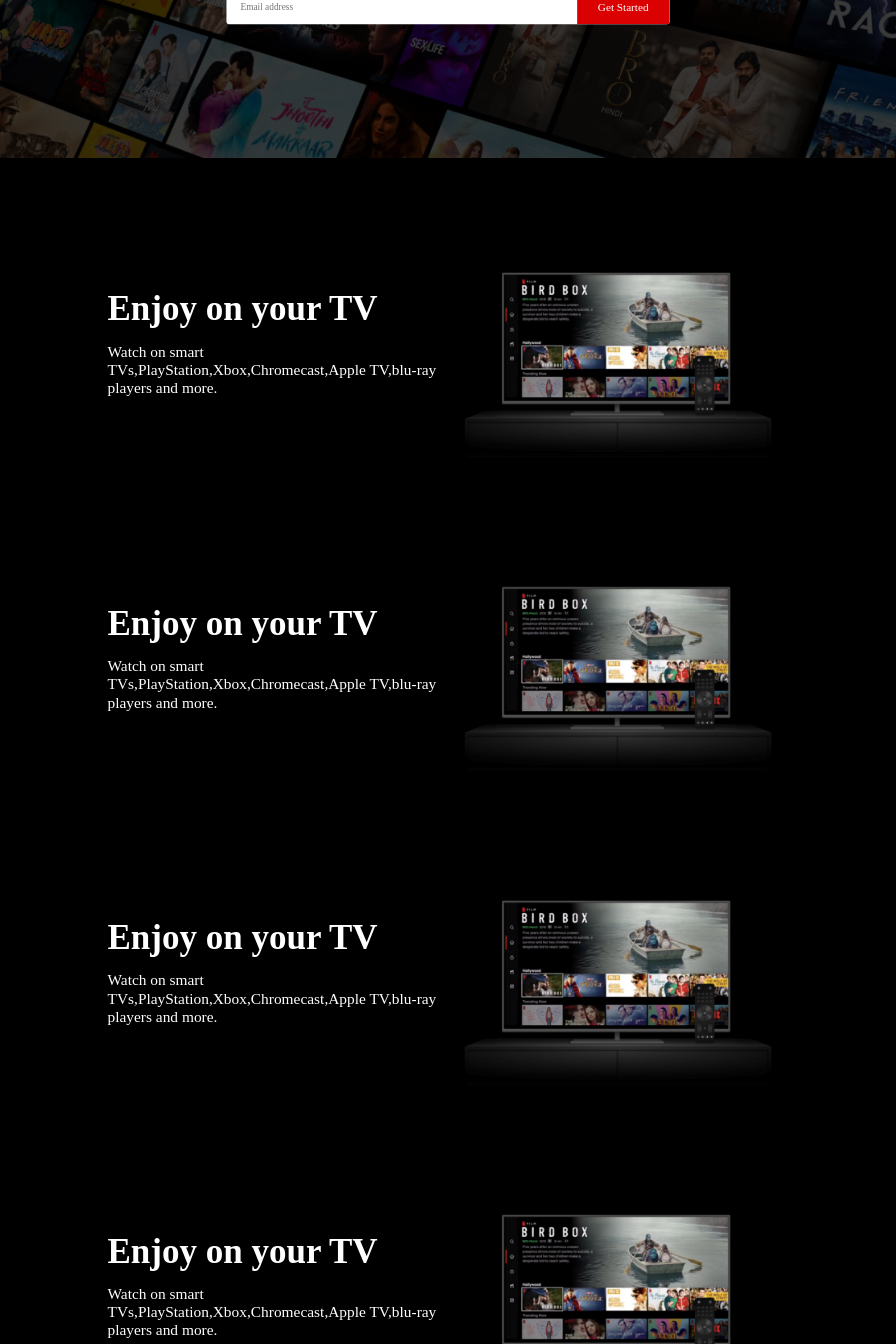
Repository: kiranjeetkaur01/netflixclone.github.io
Page: index.html
An editor plug-in stored every save of this project. The page is shown before and after a run of saves, followed by the edit.
The browser window is 1280 px wide. The pictures show the part of the page from y = 494 to 2414 px (the page is 2614 px tall), at 70% of full size.

Above is the page before, as saved 2023-09-11 17:52:52.

### index.html
<!DOCTYPE html>
<html lang="en">
<head>
    <meta charset="UTF-8">
    <meta name="viewport" content="width=device-width, initial-scale=1.0">
    <title>Netflix Clone</title>
    <link rel="stylesheet" href="style.css">
</head>
<body>
   <div class="header">
<nav>
    <img src="./logo.png" alt="" class="logo">
    <div>
        <button class="language-btn">English <img src="./down-icon.png" alt=""></button>
        <button>Sign In</button>
    </div>
</nav>
<div class="header-content">
    <h1>Laughter. &nbsp;Tears.&nbsp; Thrills.&nbsp; Find it all on <br>Netflix.</h1>
    <h3>Watch anywhere. Cancel anytime.</h3>
    <p>Ready to watch? Enter your email to create or restart your membership.</p>
    <form class="email-signup">
        <input type="email" placeholder="Email address" required>
        <button type="submit">Get Started</button>
    </form>

</div>
   </div>
   <div class="features">
    <div class="row">
        <div class="text-col">
            <h2>Enjoy on your TV</h2>
            <P>Watch on smart TVs,PlayStation,Xbox,Chromecast,Apple TV,blu-ray players and more.</P>
        </div>
        <div class="img-col">
            <img src="./feature-1.png" alt="">
        </div>
    </div>
    <div class="row">
        <div class="text-col">
            <h2>Enjoy on your TV</h2>
            <P>Watch on smart TVs,PlayStation,Xbox,Chromecast,Apple TV,blu-ray players and more.</P>
        </div>
        <div class="img-col">
            <img src="./feature-1.png" alt="">
        </div>
    </div>
    <div class="row">
        <div class="text-col">
            <h2>Enjoy on your TV</h2>
            <P>Watch on smart TVs,PlayStation,Xbox,Chromecast,Apple TV,blu-ray players and more.</P>
        </div>
        <div class="img-col">
            <img src="./feature-1.png" alt="">
        </div>
    </div>
    <div class="row">
        <div class="text-col">
            <h2>Enjoy on your TV</h2>
            <P>Watch on smart TVs,PlayStation,Xbox,Chromecast,Apple TV,blu-ray players and more.</P>
        </div>
        <div class="img-col">
            <img src="./feature-1.png" alt="">
        </div>
    </div>
   </div>
</body>
</html>

### style.css
*{
    margin: 0;
    padding: 0;
    box-sizing: border-box;
    font-family: gilroy;
}
html,body{
    height: 100%;
    width: 100%;
}
body{
    background: #000;
    color: #fff;
}
.header{
    width: 100%;
    height: 100vh;
    background-image: linear-gradient(rgba(0,0,0,0.7),rgba(0,0,0,0.7)),url(./bg.jpg);
    background-size: cover;
    background-position: center;
    padding: 10px 8%;
    position: relative;
}
nav{
    display: flex;
    align-items: center;
    justify-content: space-between;
    padding: 10px 0;
}
.logo{
    width: 140px;
    cursor: pointer;
}
nav button{
    border: 0;
    outline: 0;
    background: #db0001;
    color: #fff;
    padding: 7px 20px;
    font-size: 12px;
    border-radius: 4px;
    margin-left: 10px;
    cursor: pointer;
}
.language-btn{
    display: inline-flex;
    align-items: center;
    background: transparent;
    border: 1px solid #fff;
    padding: 7px 10px;
}
.language-btn img{
    width: 10px;
    margin-left: 10px;
}

.header-content{
    position: absolute;
    top: 50%;
    left: 50%;
    transform: translate(-50%,-50%);
    text-align: center;
    margin-top: 60px;
}
.header-content h1{
    font-size: 35px;
    line-height: 40px;
    font-weight: 600;
    letter-spacing: 1px;
    max-width: 680px;
}
.header-content h3{
    font-weight: 400;
    margin-bottom: 20px;
}
.email-signup{
    background: #fff;
    border-radius: 4px;
display: flex;
align-items: center;
margin-top: 30px;
overflow: hidden;
}
.email-signup input{
    flex: 1;
    border: 0;
    outline: 0;
    margin-left: 20px;
}
.email-signup button{
    background: #db0001;
    border: 0;
    outline: 0;
    color: #fff;
    font-size: 16px;
    cursor: pointer;
    padding: 15px 30px;
}
/* --------features---------- */
.features{
    padding: 50px 12%;
    font-size: 22px;
}
.row{
    display: flex;
    width: 100%;
    align-items: center;
    flex-wrap: wrap;
    padding: 50px 0;
}
.text-col{
    flex-basis: 50%;
    margin-bottom: 20px;
}
.img-col{
    flex-basis: 50%;
    margin-bottom: 20px;
}
.img-col img{
    display: block;
    width: 90%;
    margin: auto;

}
.features h2{
    font-size: 50px;
    font-weight: 600;
    margin-bottom: 20px;
}

After the next 2 saves:
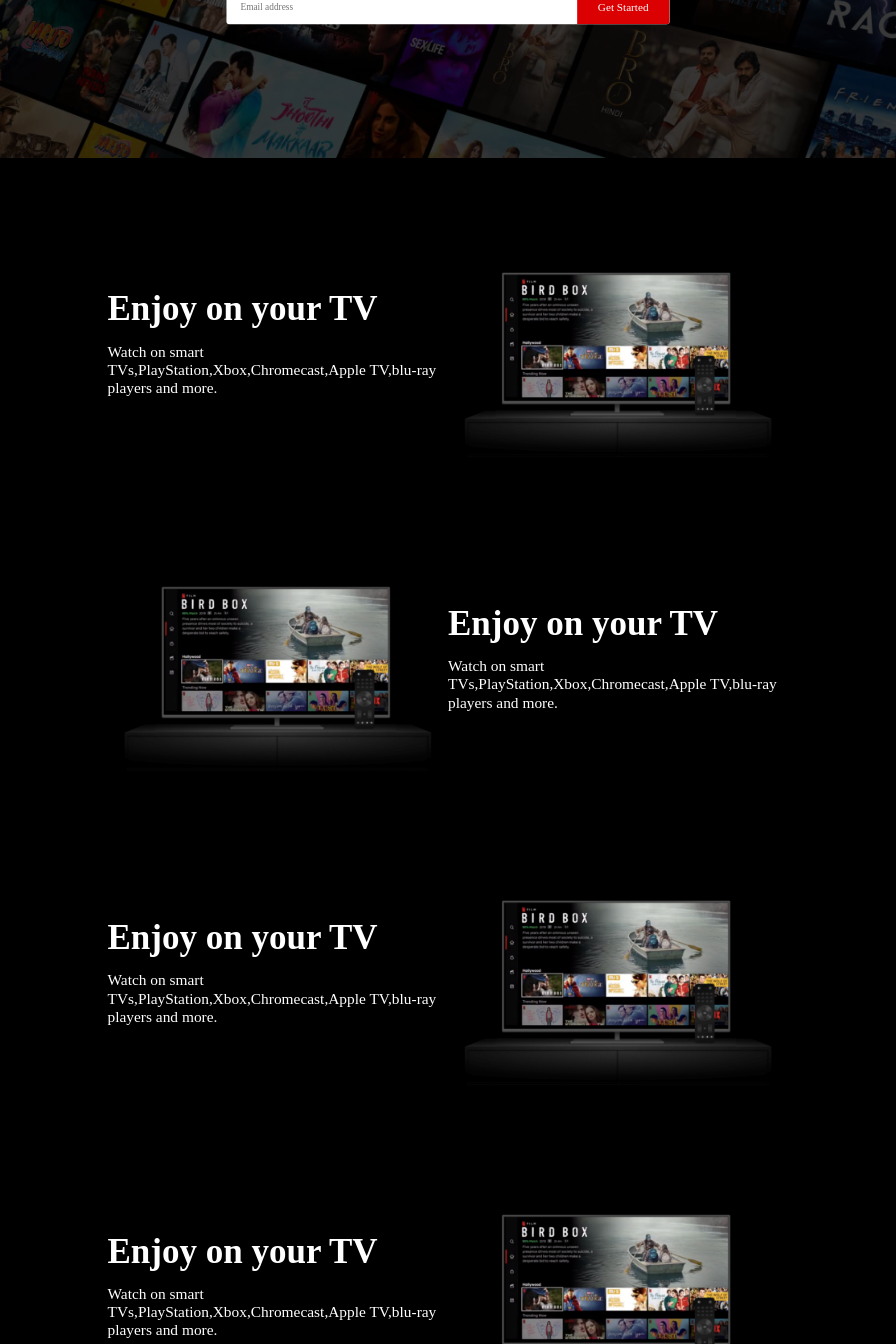
The 2 saves are shown as one change because they came seconds apart.
The last was saved 26 s later.
--- a/index.html
+++ b/index.html
@@ -37,13 +37,14 @@
         </div>
     </div>
     <div class="row">
+        <div class="img-col">
+            <img src="./feature-1.png" alt="">
+        </div>
         <div class="text-col">
             <h2>Enjoy on your TV</h2>
             <P>Watch on smart TVs,PlayStation,Xbox,Chromecast,Apple TV,blu-ray players and more.</P>
         </div>
-        <div class="img-col">
-            <img src="./feature-1.png" alt="">
-        </div>
+
     </div>
     <div class="row">
         <div class="text-col">
